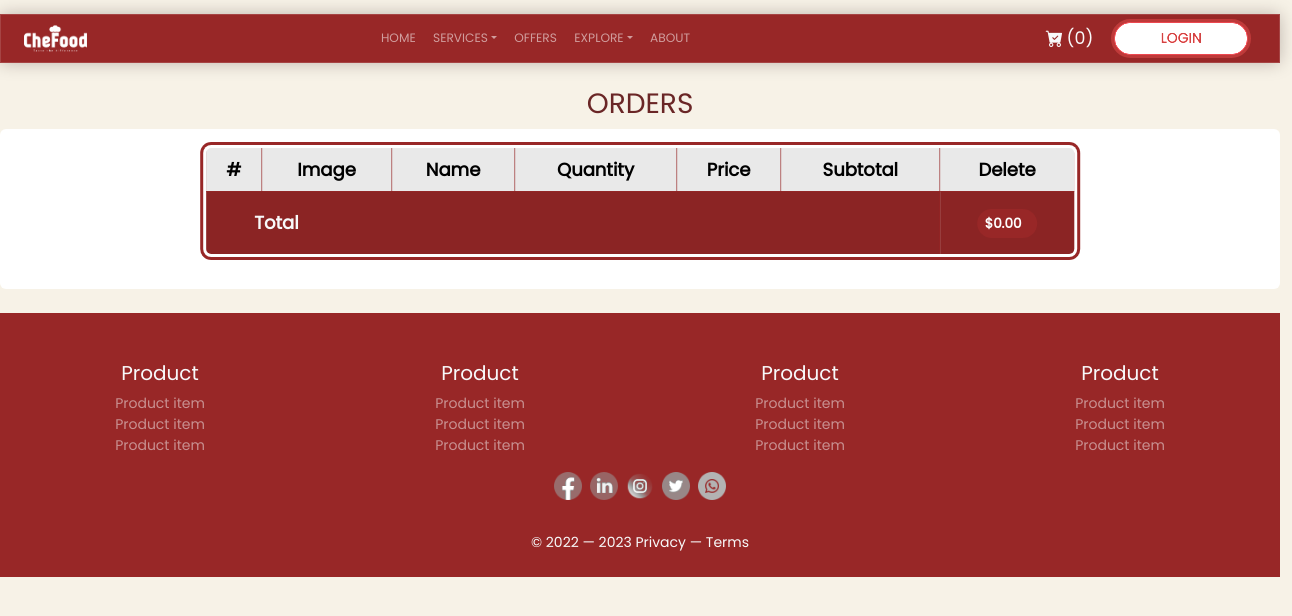
Repository: qamchamine/chefood
Page: /cart (app in front-end/)
These files come from the project's save history. The page is drawn as it stood at one moment and after a run of saves; the edit follows.
The browser window is 1280 px wide. The page is 1292 px wide, so the pictures cover 1292 px, including what lies to the right of the window. The pictures show the whole page.
The project was rebuilt for these pictures with package versions that can differ from the ones it lists, and the page was loaded fresh each time. Some packages were replaced by stand-ins written for this rebuild. Also part of the build but not shown: front-end/src/css/products.css, front-end/src/components/small_components/ProductCard.jsx, front-end/src/components/small_components/AddProduct.jsx, front-end/src/components/pages/sub-pages/Products.jsx, front-end/src/components/small_components/ButtonMain.jsx, front-end/src/components/small_components/HomeCard.jsx, front-end/src/components/small_components/HomeCardFullSection.jsx, front-end/src/components/pages/Home.jsx and 33 more. Imported but missing from the stored project, and not drawn on this page: front-end/src/sounds/applause.mp3, front-end/src/sounds/wheel.mp3.

Above is the page before, as saved 2023-06-25 20:39:48.

After the next 4 saves:
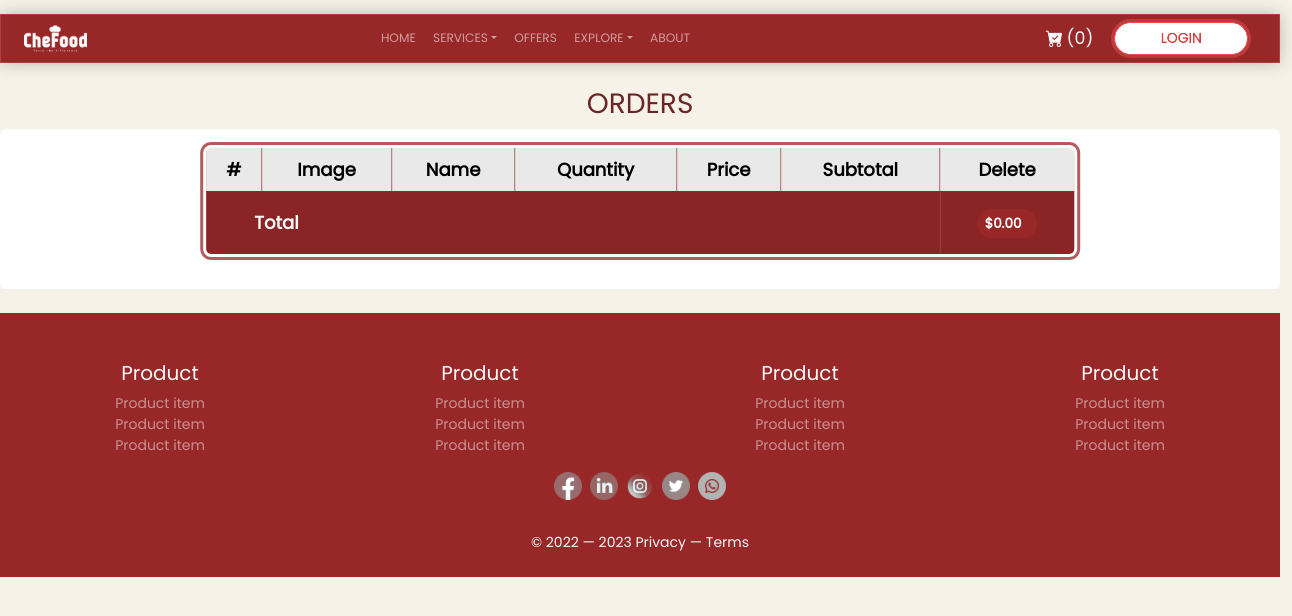
The 4 saves are shown as one change because they came seconds apart.
The last was saved 13 s later.
--- a/front-end/src/css/cart.css
+++ b/front-end/src/css/cart.css
@@ -23,7 +23,7 @@ translate: -50% 0;
 border-radius: 8px !important;
 overflow: hidden;
 border: .2em solid #982727aa !important;
-box-shadow:0 0 0 3px #982727;
+box-shadow:0 0 0 3px #982727bf;
 }
 .cart-page .card {
     box-shadow:none;
